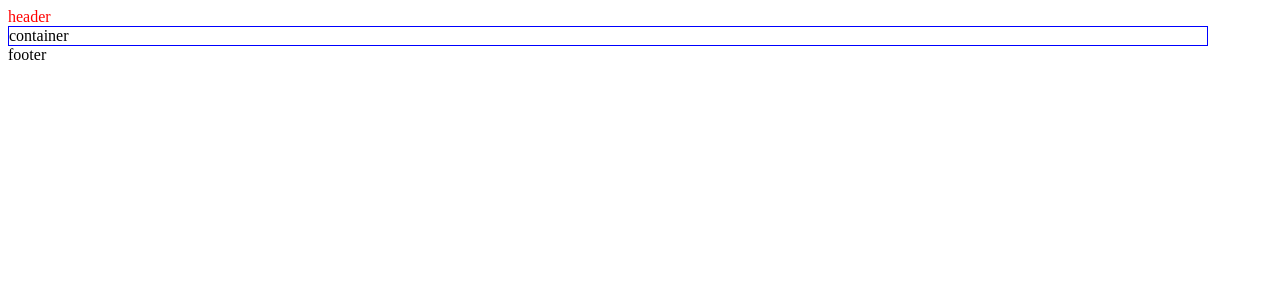
Repository: Valera1994/WebTestProject
Page: delivery/index.html
These files come from the project's save history. The page is drawn as it stood at one moment and after the next save; the edit follows.
The browser window is 1280 px wide. The pictures show the whole page.

Above is the page before, as saved 2025-09-14 17:55:46.

After the next save:
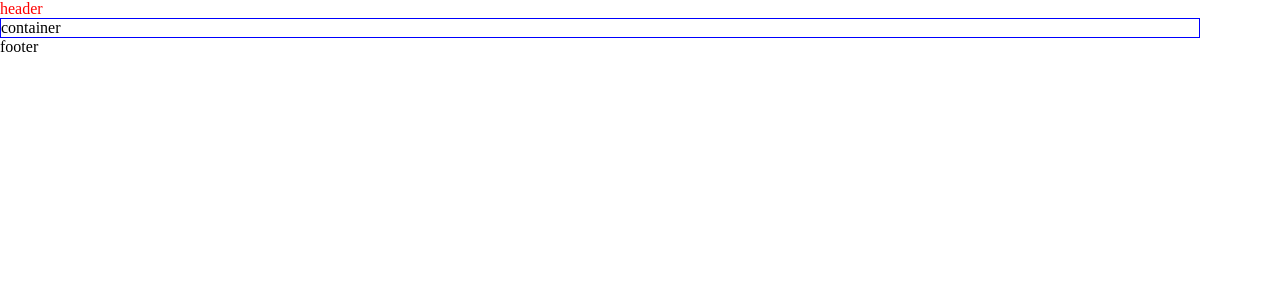
Saved 47 s later.
--- a/delivery/style.css
+++ b/delivery/style.css
@@ -1,5 +1,10 @@
-*{
+* {
     box-sizing: border-box;
+}
+
+body{
+    margin: 0;
+    padding: 0;
 }
 
 .header{
